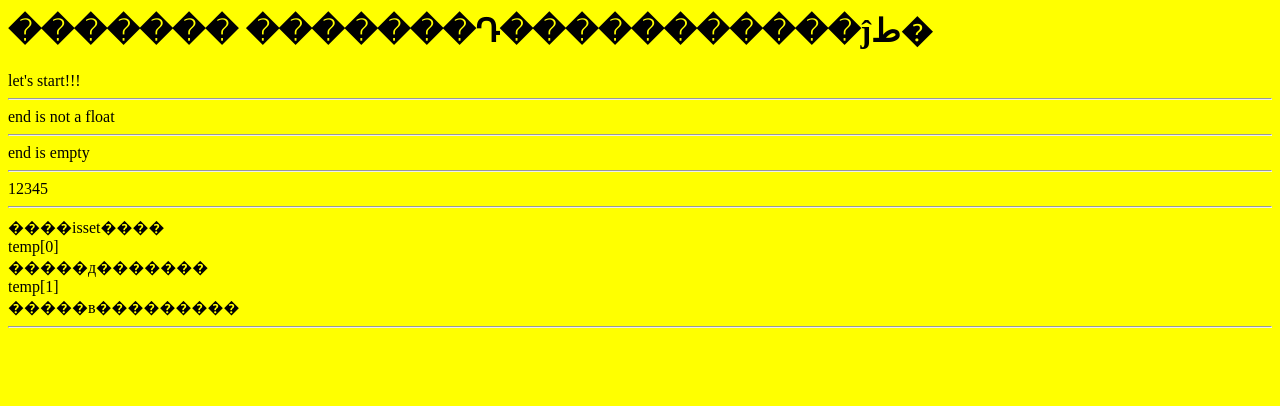
Repository: hanliyao/HelloWorld
Page: http://localhost/core/Common/testUnit.php
These files come from the project's save history. The page is drawn as it stood at one moment and after the next save; the edit follows.
The browser window is 1280 px wide. The pictures show the whole page.
The page is run by PHP 8.4 with error messages shown; the project is at /var/www/html/.

Above is the page before, as saved 2016-02-05 02:16:29.

After the next save:
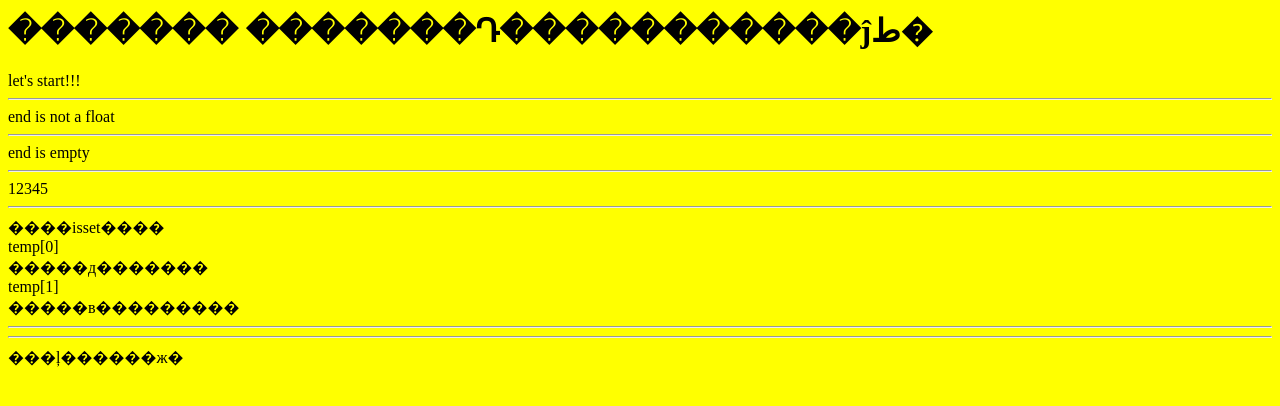
Saved 15 min 4 s later.
--- a/HelloWorld/core/Common/testUnit.php
+++ b/HelloWorld/core/Common/testUnit.php
@@ -62,6 +62,12 @@
            }
            echo "<hr>";
 
+           echo "<hr>";
+           echo "뚤匡숭鱗놔털뙤";
+           $fileName = "c:/windows/system32.ini";
+           $reapath = realpath($fileName);
+           echo $reapath;
+
            ?>
     </body>
 </html>
